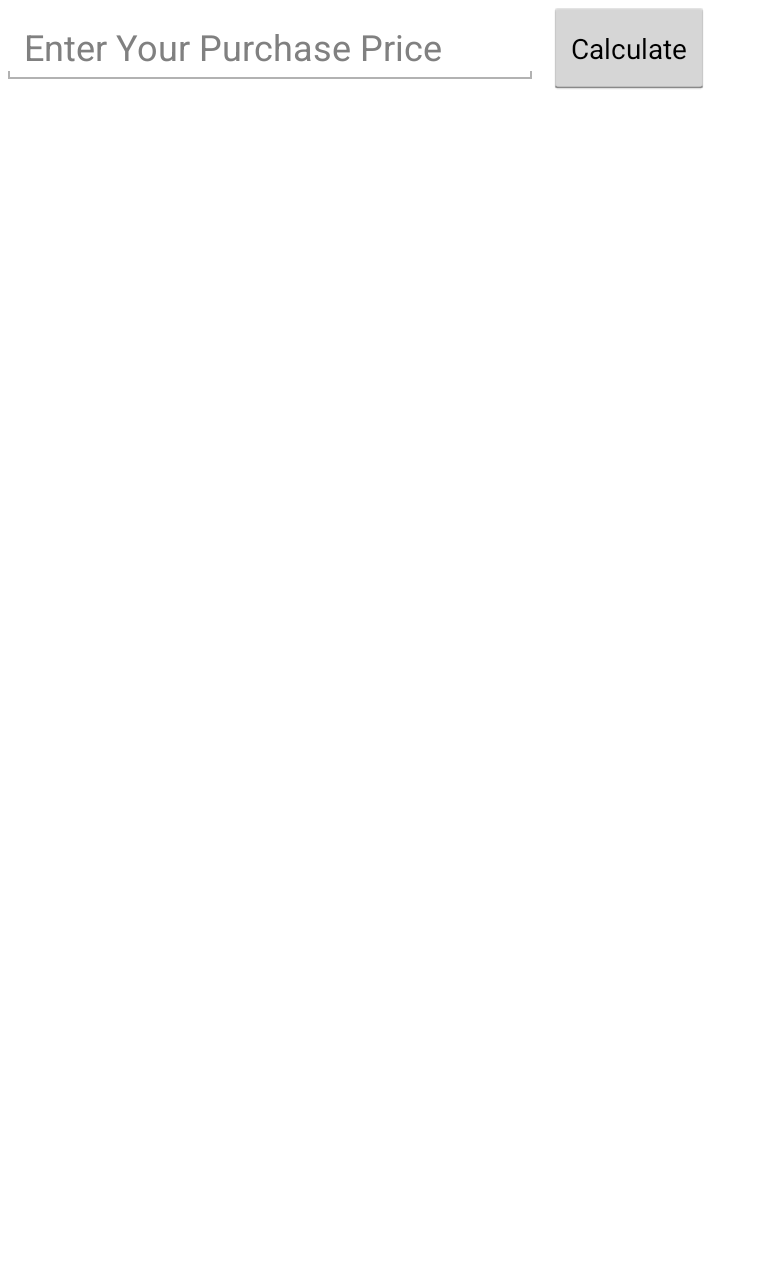
Repository: missxlian/angelHackSac
Layout: workspace/NoteHack/res/layout/fragment_section_intrate.xml
An editor plug-in stored every save of this project. The layout is shown before and after the next save, followed by the edit.
It is drawn on a 768 x 1280 px phone screen (xhdpi) without system bars, with theme android:Theme.Holo.Light.DarkActionBar; the app's code is not run.

Above is the layout before, as saved 2013-12-01 19:46:24.

### workspace/NoteHack/res/layout/fragment_section_intrate.xml
<?xml version="1.0" encoding="utf-8"?>
<GridLayout xmlns:android="http://schemas.android.com/apk/res/android"
    android:id="@+id/GridLayout1"
    android:layout_width="match_parent"
    android:layout_height="match_parent"
    android:columnCount="8"
    android:orientation="horizontal" >

    <Space
        android:layout_column="7"
        android:layout_gravity="fill_vertical"
        android:layout_row="4" />

    <TextView
        android:id="@+id/textView1"
        android:layout_width="wrap_content"
        android:layout_height="wrap_content"
        android:layout_column="1"
        android:layout_gravity="center"
        android:layout_row="2"
        android:text=" " />

    <EditText
        android:id="@+id/purPrice"
        android:layout_width="270dp"
        android:layout_height="wrap_content"
        android:layout_column="0"
        android:layout_gravity="left|center_vertical"
        android:layout_row="1"
        android:ems="10"
        android:hint="Enter Your Purchase Price"
        android:inputType="numberDecimal" />

    <Button
        android:id="@+id/interestRate"
        style="?android:attr/buttonStyleSmall"
        android:layout_width="wrap_content"
        android:layout_column="4"
        android:layout_gravity="left|top"
        android:layout_row="1"
        android:text="Calculate" />

</GridLayout>

After the next save:
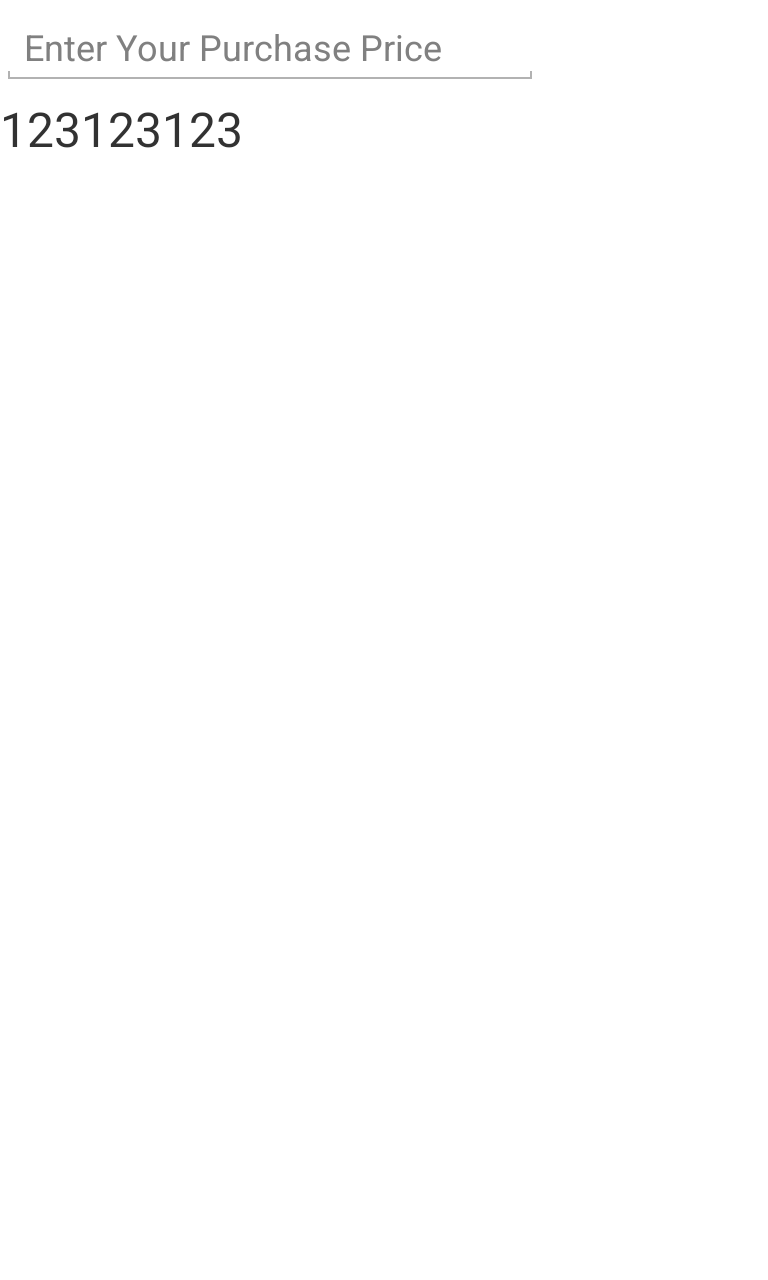
Saved 2 min 31 s later.
--- a/workspace/NoteHack/res/layout/fragment_section_intrate.xml
+++ b/workspace/NoteHack/res/layout/fragment_section_intrate.xml
@@ -10,15 +10,6 @@
         android:layout_column="7"
         android:layout_gravity="fill_vertical"
         android:layout_row="4" />
-
-    <TextView
-        android:id="@+id/textView1"
-        android:layout_width="wrap_content"
-        android:layout_height="wrap_content"
-        android:layout_column="1"
-        android:layout_gravity="center"
-        android:layout_row="2"
-        android:text=" " />
 
     <EditText
         android:id="@+id/purPrice"
@@ -40,4 +31,14 @@
         android:layout_row="1"
         android:text="Calculate" />
 
+    <TextView
+        android:id="@+id/textView1"
+        android:layout_width="match_parent"
+        android:layout_height="match_parent"
+        android:textSize="24sp"
+        android:layout_column="0"
+        android:layout_gravity="center"
+        android:layout_row="2"
+        android:text="123123123" />
+
 </GridLayout>
